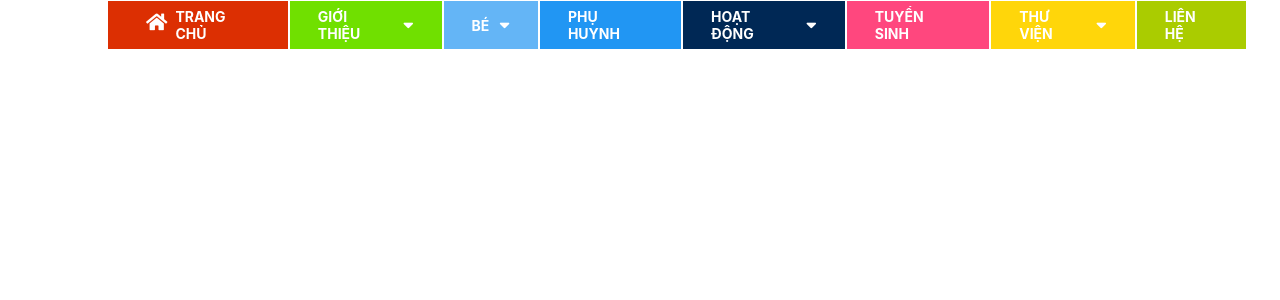
Repository: Luong-tung/mamnonAnhDuong
Page: index3.html
An editor plug-in stored every save of this project. The page is shown before and after the next save, followed by the edit.
The browser window is 1280 px wide. The pictures show the whole page.
Some web libraries are served in a nearby version.

Above is the page before, as saved 2021-10-08 07:43:10.

### index3.html
<!DOCTYPE html>
<html lang="en">
<head>
    <meta charset="UTF-8">
    <meta http-equiv="X-UA-Compatible" content="IE=edge">
    <meta name="viewport" content="width=device-width, initial-scale=1.0">
    <title>Mầm non Ánh Dương_Trạm trôi</title>
    <link rel="stylesheet" href="iu3.css">
    <link rel="stylesheet" href="https://pro.fontawesome.com/releases/v5.10.0/css/all.css" integrity="sha384-AYmEC3Yw5cVb3ZcuHtOA93w35dYTsvhLPVnYs9eStHfGJvOvKxVfELGroGkvsg+p" crossorigin="anonymous"/>
    <link rel="stylesheet" href="grid.css">
    <link rel="stylesheet" href="responsive.css">
</head>
<body>
    <div class="main">
        <div class="navbar">
            <ul>
                <li class="navbar-home"><a href="#"><i class="fas fa-home"></i>TRANG CHỦ</a></li>
                <li class="navbar-gioithieu"><a href="#">GIỚI THIỆU<i class="fas fa-sort-down"></i></a></li>
                <li class="navbar-child"><a href="#">BÉ<i class="fas fa-sort-down"></i></a></li>
                <li class="navbar-phuhuynh"><a href="#">PHỤ HUYNH</li>
                <li class="navbar-active"><a href="#">HOẠT ĐỘNG<i class="fas fa-sort-down"></i></a></li>
                <li class="navbar-tuyensinh"><a href="#">TUYỂN SINH</li>
                <li class="navbar-thuvien"><a href="#">THƯ VIỆN<i class="fas fa-sort-down"></i></a></li>
                <li class="navbar-lienhe"><a href="#">LIÊN HỆ</li>
            </ul>
        </div>

    </div>















    <script src="./main.js"></script>
</body>
</html>

### iu3.css
* {
    padding: 0;
    margin: 0;
}
.main .navbar{
    margin:0 106px;
    width: 1140px;
    height: 48px;
    display: flex;
    align-items: center;
    border: 1px solid white;
}

.main .navbar ul{
    display: flex;
    justify-content: space-between;

}
.main .navbar ul li{
    display: flex;
    align-items: center;
    list-style: none;
    height: 48px;
    background: cornflowerblue;
    padding: 0 28px;
    border: 1px solid white;
}
.main .navbar ul .navbar-home i{
    font-size: 19px;
    margin-right: 8px;
}

.main .navbar ul li a i{
    color: white;
    margin-left: 10px;
    margin-bottom: 8px;
    font-size: 17px;
}
.main .navbar ul li a{
    display: flex;
    align-items: center;
    text-decoration: none;
    color: white;
    font-family: -apple-system, BlinkMacSystemFont, 'Segoe UI', Roboto, Oxygen, Ubuntu, Cantarell, 'Open Sans', 'Helvetica Neue', sans-serif;
    font-weight: bold;
    font-size: 14px;

}
.main .navbar ul .navbar-home {
    background: #dc2f02;
}
.main .navbar ul .navbar-gioithieu {
    background: #70e000;
}
.main .navbar ul .navbar-child {
    background: #64b5f6;
}
.main .navbar ul .navbar-phuhuynh {
    background: #2196f3;
}
.main .navbar ul .navbar-active {
    background: #002855;
}
.main .navbar ul .navbar-tuyensinh {
    background: #ff477e;
}
.main .navbar ul .navbar-thuvien {
    background: #ffd60a;
}
.main .navbar ul .navbar-lienhe {
    background: #aacc00;
}

Loaded but not shown: grid.css (no copy from this time; the picture is the same without it); main.js (no copy from this time; the picture is the same without it); responsive.css (no copy from this time; the picture is the same without it)

After the next save:
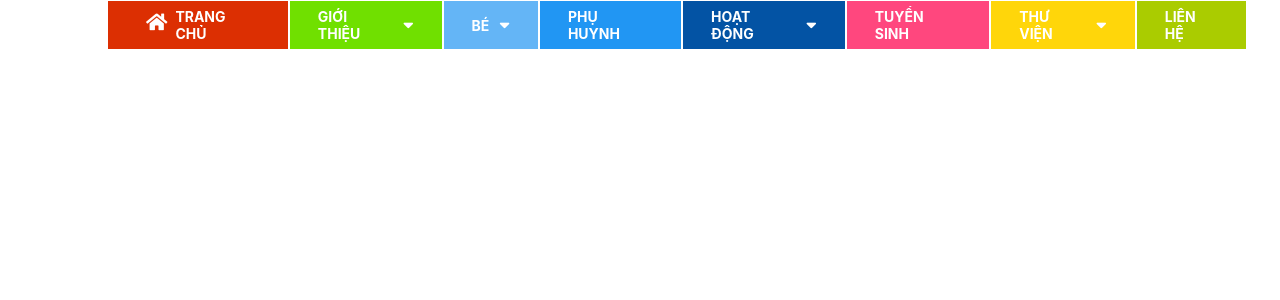
Saved 25 s later.
--- a/iu3.css
+++ b/iu3.css
@@ -59,7 +59,7 @@
     background: #2196f3;
 }
 .main .navbar ul .navbar-active {
-    background: #002855;
+    background: #0353a4;
 }
 .main .navbar ul .navbar-tuyensinh {
     background: #ff477e;
